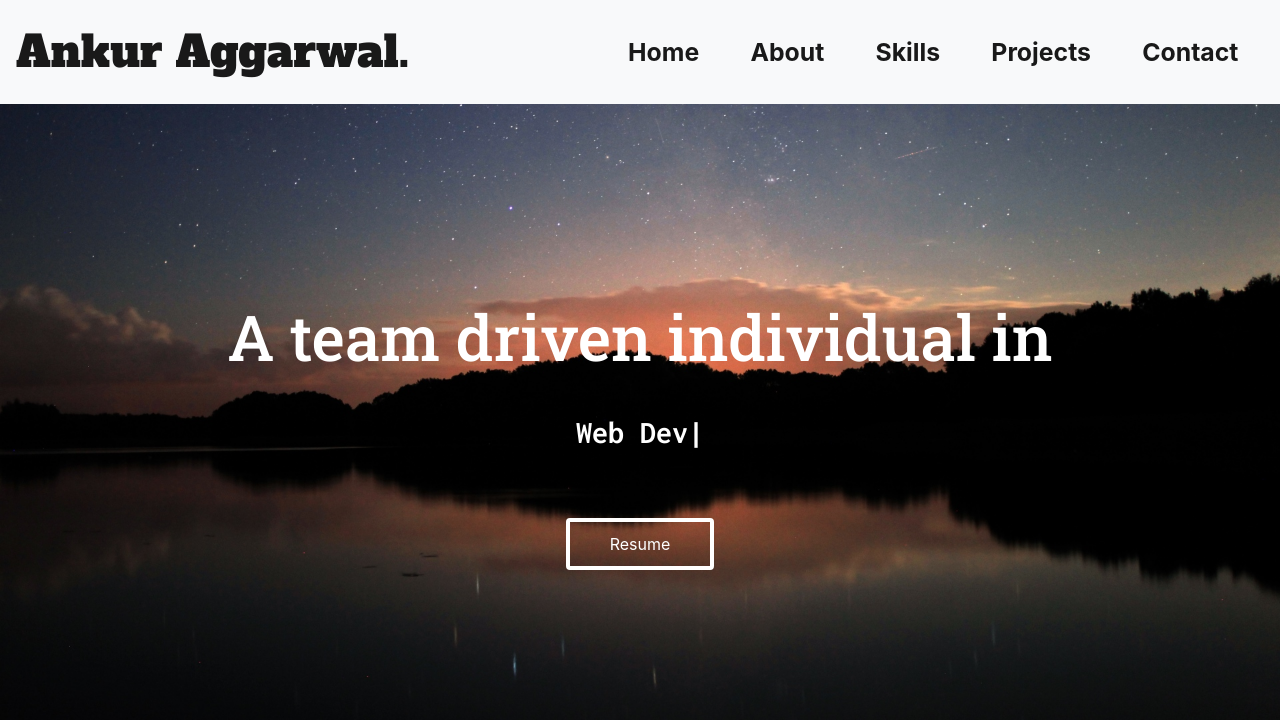
Repository: AnkurDevv/PersonalWebsite
Page: index.html
These files come from the project's save history. The page is drawn as it stood at one moment and after the next save; the edit follows.
The browser window is 1280 px wide. The pictures show the whole page.
Some web fonts or font styles are not loaded; a fallback is used.

Above is the page before, as saved 2020-09-13 15:19:46.

After the next save:
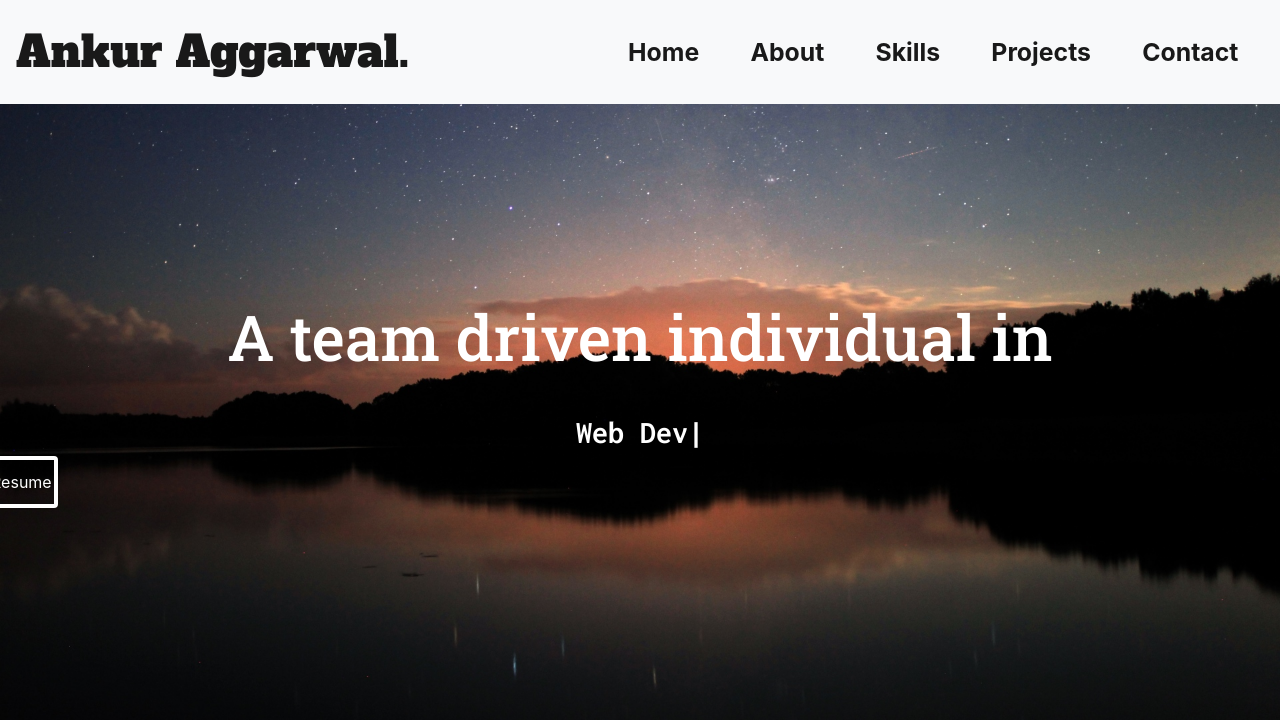
Saved 34 s later.
--- a/index.html
+++ b/index.html
@@ -76,7 +76,9 @@
         </h3>
       </div>
       <div class="row" id="ResumeDiv">
-        <button type="button" class="btn btn-primary" id="ResumeBtn">Resume</button>
+        <a href="">
+          <button type="button" class="btn btn-primary" id="ResumeBtn">Resume</button>
+        </a>
       </div>
     </section>
     <!-- FIRST IMPRESSION SECTION - END -->

After the save that followed:
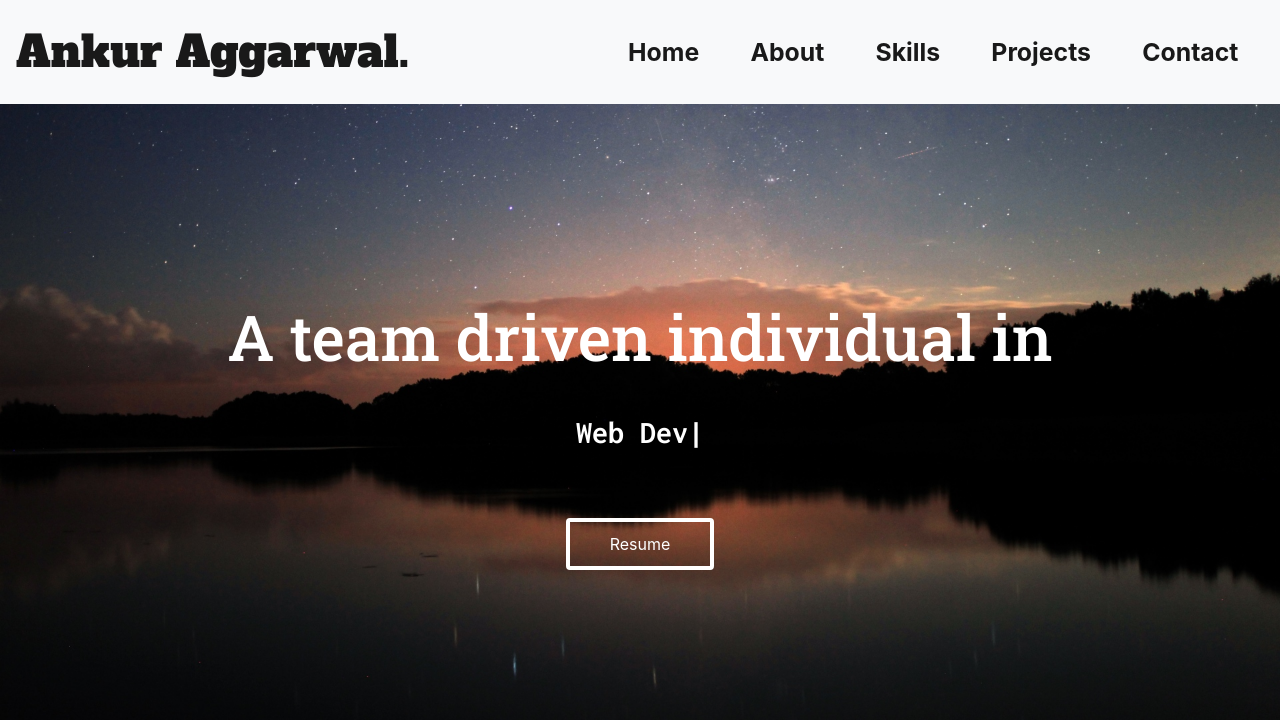
Saved 21 s later.
--- a/index.html
+++ b/index.html
@@ -76,9 +76,7 @@
         </h3>
       </div>
       <div class="row" id="ResumeDiv">
-        <a href="">
-          <button type="button" class="btn btn-primary" id="ResumeBtn">Resume</button>
-        </a>
+        <button type="button" class="btn btn-primary" id="ResumeBtn">Resume</button>
       </div>
     </section>
     <!-- FIRST IMPRESSION SECTION - END -->
